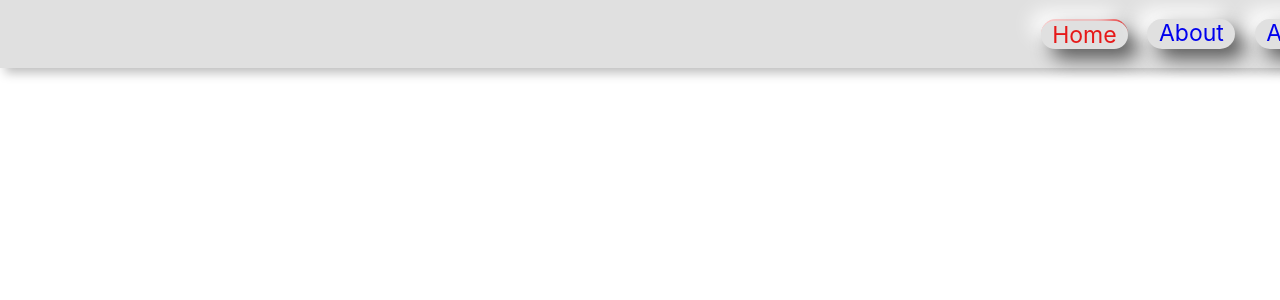
Repository: ShindanoSingi/react-software-architecture-course
Page: /
An editor plug-in stored every save of this project. The page is shown before and after the next save, followed by the edit.
The browser window is 1280 px wide. The pictures show the whole page.
The project was rebuilt for these pictures with package versions that can differ from the ones it lists, and the page was loaded fresh each time. Also part of the build but not shown: src/pages/About.js, src/pages/Articles.js.

Above is the page before, as saved 2022-12-25 20:48:26.

After the next save:
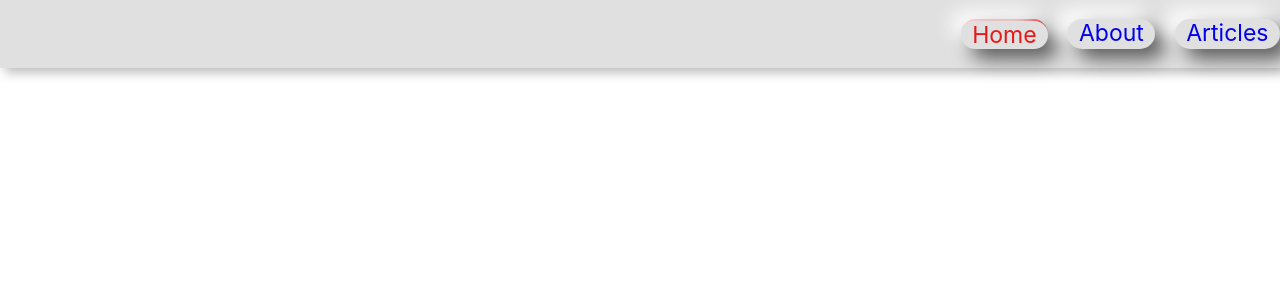
Saved 13 s later.
--- a/src/App.css
+++ b/src/App.css
@@ -33,7 +33,6 @@
 .nav-bar {
     position: fixed;
     width: 100%;
-    padding: 0 5em;
     top: 0;
     border-radius: 0px;
     background: #e0e0e0;

After the save that followed:
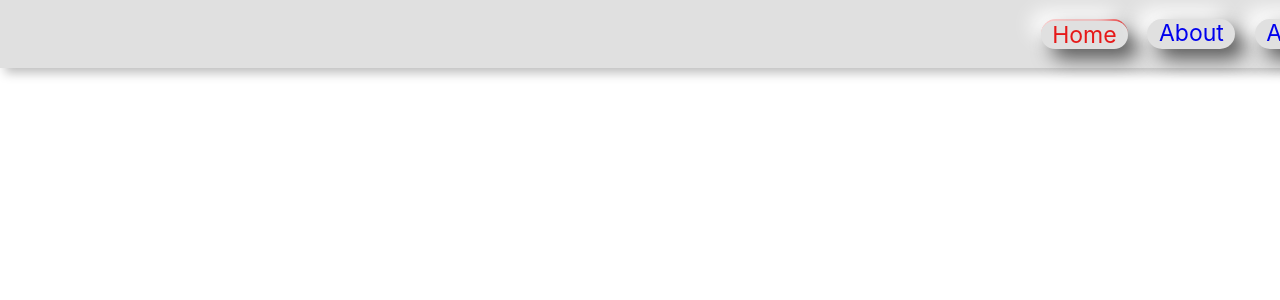
Saved 6 s later.
--- a/src/App.css
+++ b/src/App.css
@@ -34,6 +34,7 @@
     position: fixed;
     width: 100%;
     top: 0;
+    padding: 0 5em;
     border-radius: 0px;
     background: #e0e0e0;
     box-shadow: 5px 5px 10px #bebebe,
